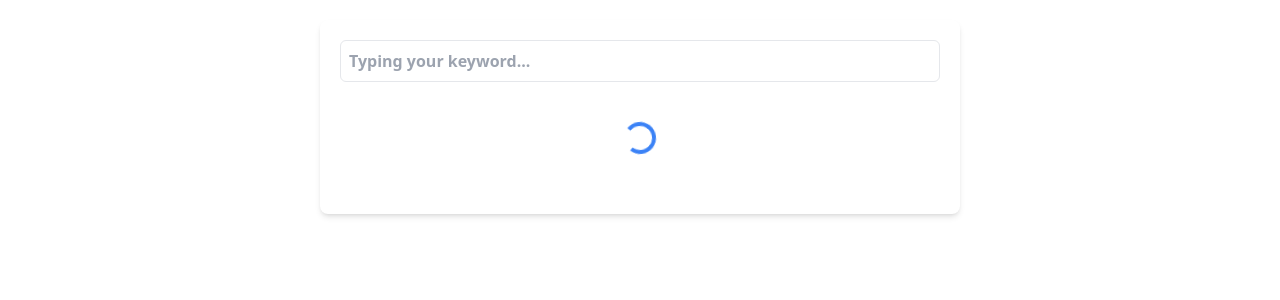
Repository: Trunks2k1ynwa/react_redux_app
Page: /
An editor plug-in stored every save of this project. The page is shown before and after the next save, followed by the edit.
The browser window is 1280 px wide. The pictures show the whole page.
The page's requests for data from a server got no answer. The project was rebuilt for these pictures with package versions that can differ from the ones it lists, and the page was loaded fresh each time. No one was signed in, and anything a server would have sent is missing.

Above is the page before, as saved 2023-01-08 12:53:26.

After the next save:
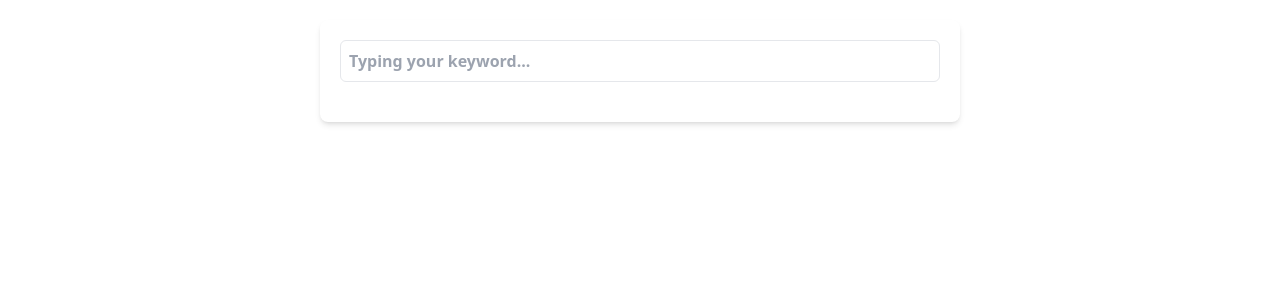
Saved 83 s later.
--- a/src/uis/HackerNews.js
+++ b/src/uis/HackerNews.js
@@ -32,7 +32,7 @@ const HackerNews = () => {
           Fetching...
         </button>  */}
       </div>
-      {loading && (
+      {!loading && (
         <div className="w-8 h-8 mx-auto my-10 border-4 border-r-4 border-blue-500 rounded-full border-r-transparent animate-spin"></div>
       )}
       {!loading}
